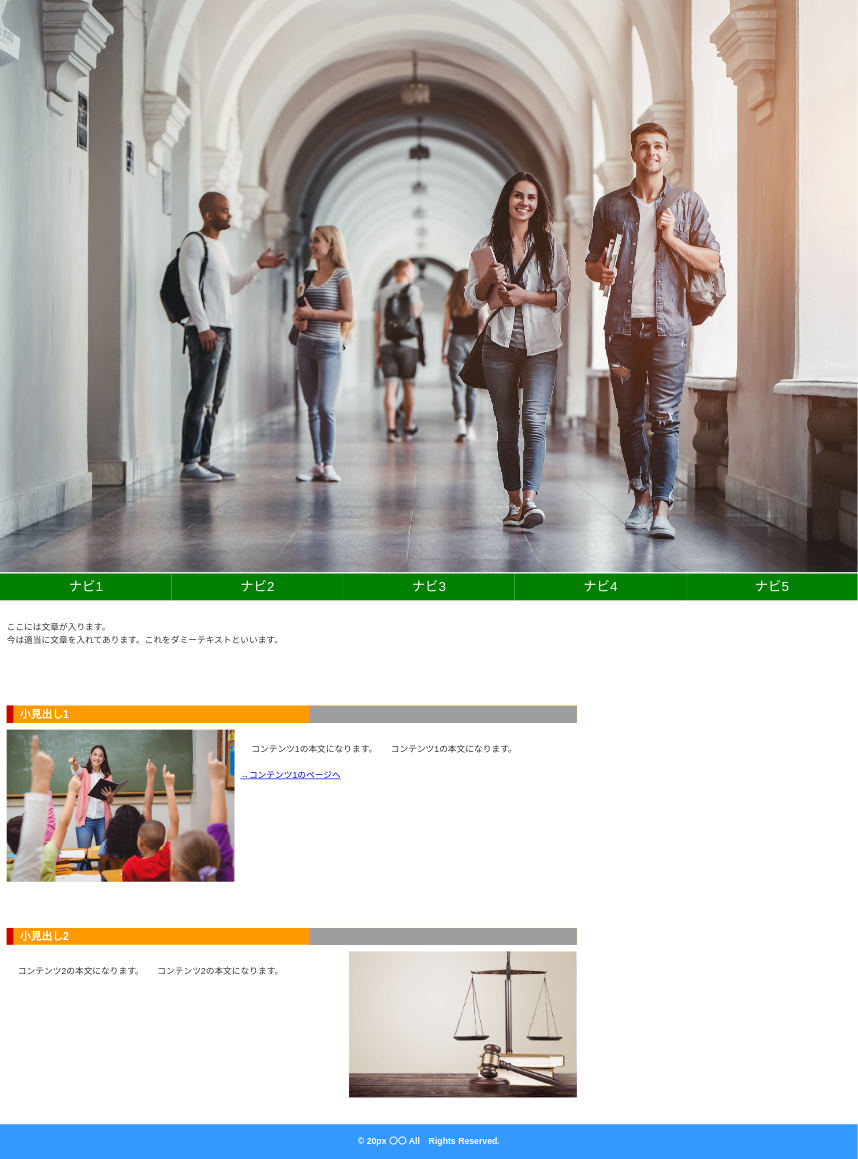
Repository: nagashimayosyun/samurai_HTML-CSS
Page: home.html
The author's editor kept a record of every edit. The page is drawn from the files as they stood at one moment, then again after the next edit.
The browser window is 1280 px wide. The pictures show the whole page, at 67% of full size.
Pictures or frames that could not be fetched are drawn as grey boxes.

Above is the page before.

After the next edit:
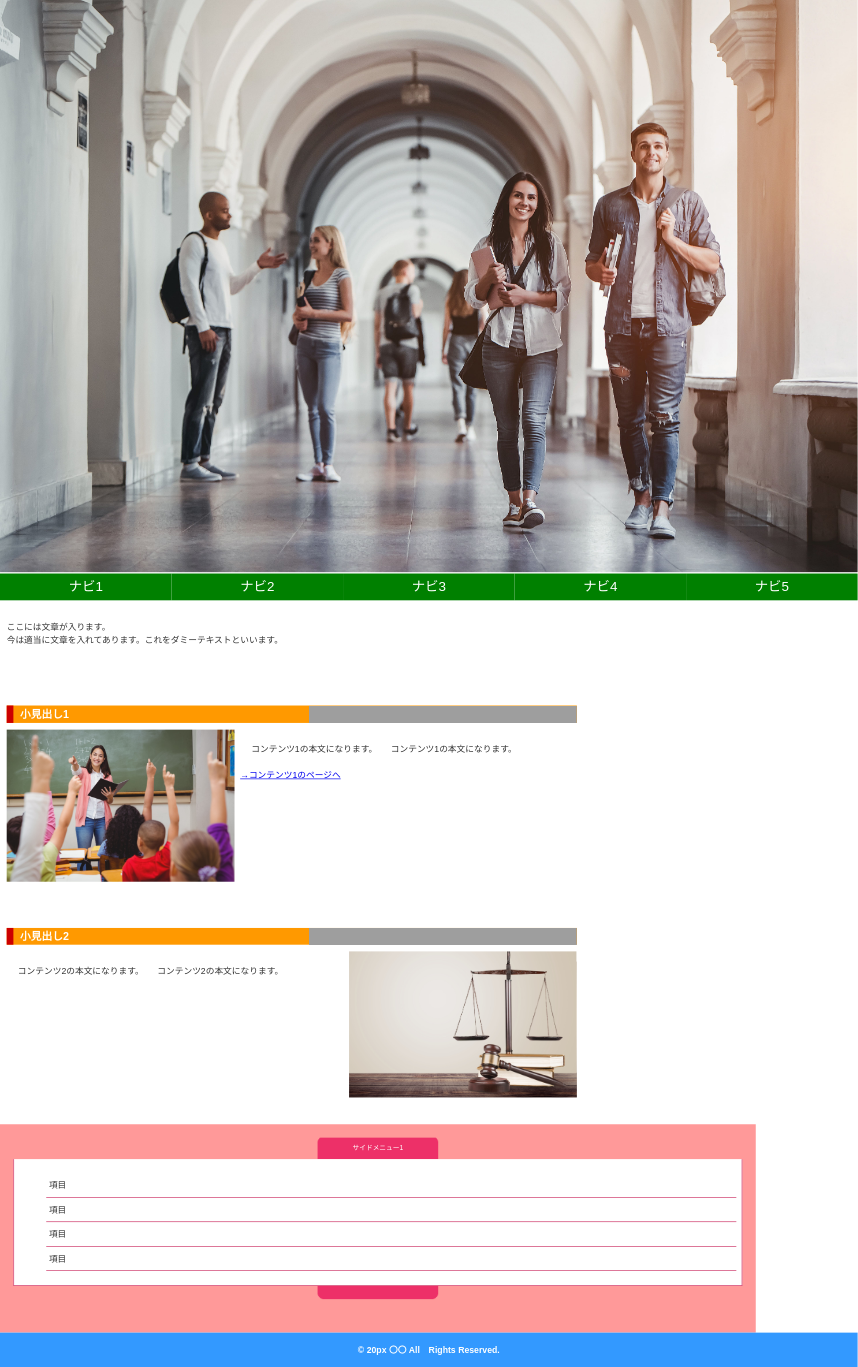
The edit:
--- a/home.html
+++ b/home.html
@@ -43,6 +43,19 @@
                 　 </div>
                </div>
            </div>
+           <div id="side">
+               <div class="box">
+                   <h2>サイドメニュー1</h2>
+                   <div class="boxBody">
+                       <ul>
+                           <li>項目</li>
+                           <li>項目</li>
+                           <li>項目</li>
+                           <li>項目</li>
+                       </ul>
+                   </div>
+               </div>
+           </div>
        </div>
        <div id="footer">
            <p>&copy; 20px 〇〇 All　Rights Reserved.</p>
